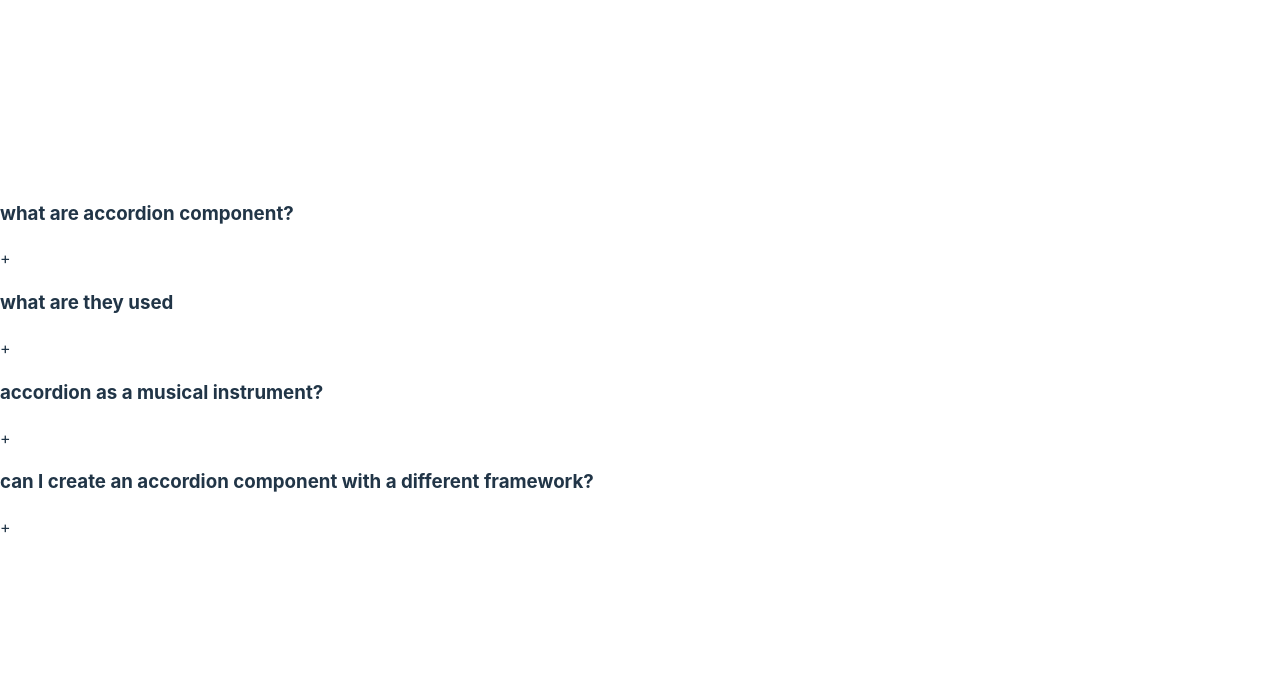
Repository: wakoya-tech/react-project
Page: / (app in react-project/)
These files come from the project's save history. The page is drawn as it stood at one moment and after the next save; the edit follows.
The browser window is 1280 px wide. The pictures show the whole page.
The project was rebuilt for these pictures with package versions that can differ from the ones it lists, and the page was loaded fresh each time. Also part of the build but not shown: react-project/vite.config.js, react-project/src/App.css.

Above is the page before, as saved 2025-10-22 10:59:41.

### react-project/src/App.jsx
import './App.css';
import Accordion from './components/accordion';

function App() {
  return (
    <div>
      <Accordion />
    </div>
  );
}

export default App;

### react-project/src/components/accordion/index.jsx
import { useState } from "react";
import data from './data';

export default function Accordion() {
  const [selected, setSelected] = useState(null);

  return (
    <div className="wrapper">
      <div className="accordion">
        {data && data.length > 0 &&
          data.map((dataItem) => (
            <div className="item" key={dataItem.id}>
              <div className="title">
                <h3>{dataItem.question}</h3>
                <span>+</span>
              </div>
            </div>
          ))
        }
      </div>
    </div>
  );
}

### react-project/src/components/accordion/data.js
const data = [
  {
    id: '1',
    question: "what are accordion component?",
    answer: "accordion components are user interface elements used for organ"
  },
  {
    id: '2',
    question: "what are they used",
    answer: "they are commonly employed in various contexts, including FAQs"
  },
  {
    id: '3',
    question: "accordion as a musical instrument?",
    answer: "the accordion is a musical instrument with a keyboard and bellows; it produces sound"
  },
  {
    id: '4',
    question: "can I create an accordion component with a different framework?",
    answer: "yes, of course! It is very possible to create an accordion component with another framework"
  }
];

export default data;

Loaded but not shown: react-project/index.html (common file); react-project/src/main.jsx (common file); react-project/src/index.css (common file); react-project/src/App.css (no copy from this time; the picture is the same without it)

After the next save:
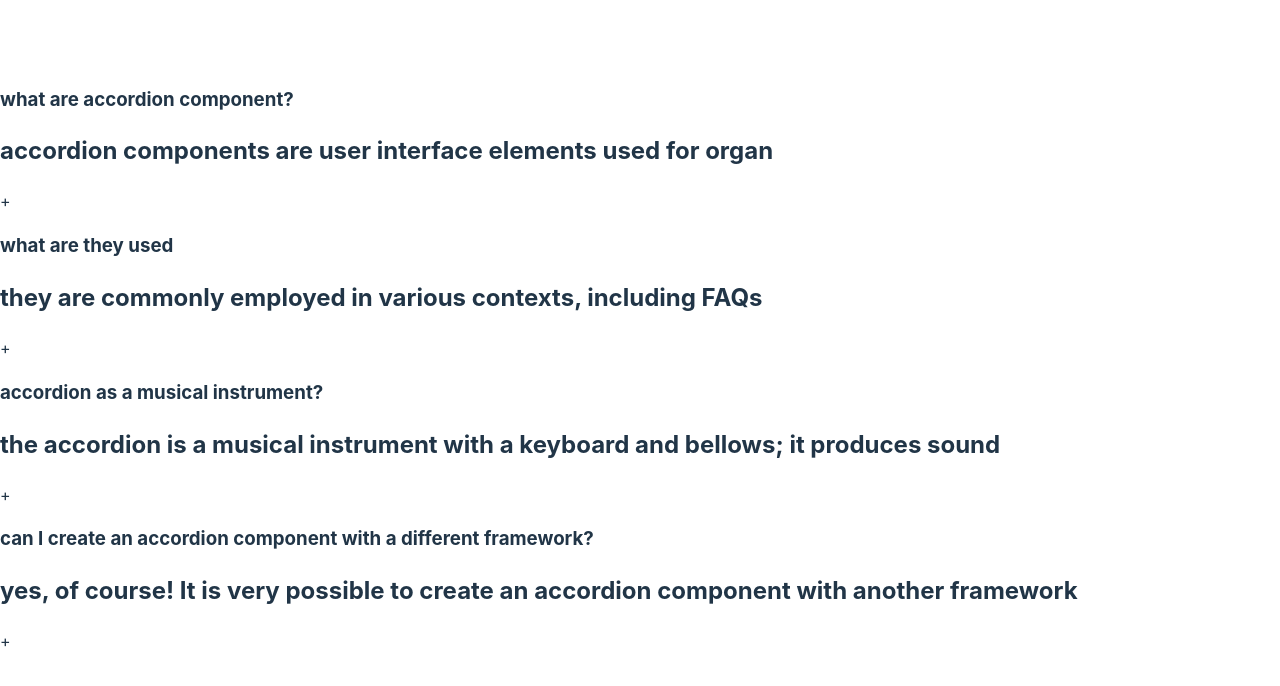
Saved 3 min 18 s later.
--- a/react-project/src/components/accordion/index.jsx
+++ b/react-project/src/components/accordion/index.jsx
@@ -12,6 +12,7 @@ export default function Accordion() {
             <div className="item" key={dataItem.id}>
               <div className="title">
                 <h3>{dataItem.question}</h3>
+                <h2>{dataItem.answer}</h2>
                 <span>+</span>
               </div>
             </div>

After the save that followed:
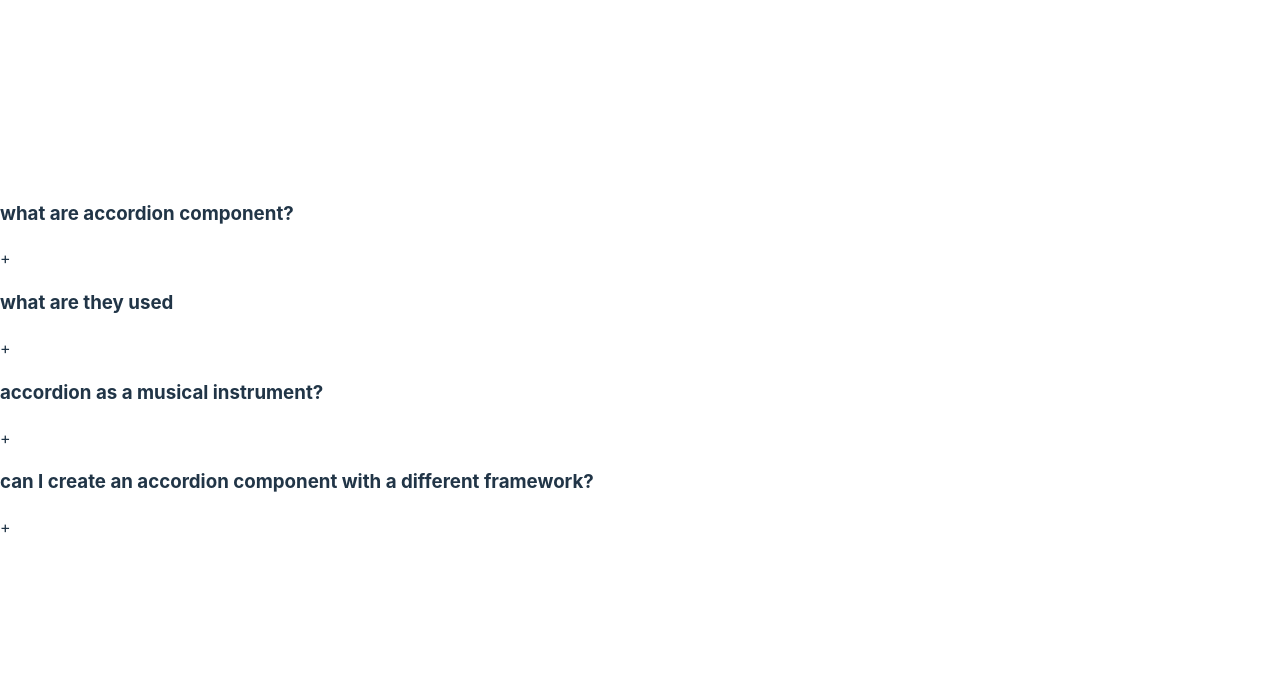
Saved 11 s later.
--- a/react-project/src/components/accordion/index.jsx
+++ b/react-project/src/components/accordion/index.jsx
@@ -12,7 +12,7 @@ export default function Accordion() {
             <div className="item" key={dataItem.id}>
               <div className="title">
                 <h3>{dataItem.question}</h3>
-                <h2>{dataItem.answer}</h2>
+
                 <span>+</span>
               </div>
             </div>
